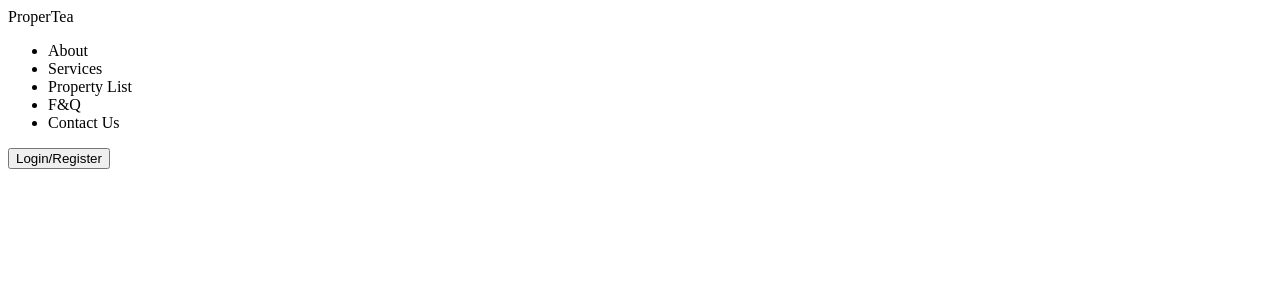
Repository: jijip41/Creating-website-1
Page: portfolio/index.html
An editor plug-in stored every save of this project. The page is shown before and after the next save, followed by the edit.
The browser window is 1280 px wide. The pictures show the whole page.

Above is the page before, as saved 2021-02-05 22:05:48.

### portfolio/index.html
<!DOCTYPE html>
<html lang="en">
  <head>
    <meta charset="UTF-8" />
    <meta name="viewport" content="width=device-width, initial-scale=1.0" />
    <title>Welcome to ProperTea</title>
  </head>
  <body>
    <header>
      <div>ProperTea</div>

      <nav>
        <ul>
          <li>About</li>
          <li>Services</li>
          <li>Property List</li>
          <li>F&Q</li>
          <li>Contact Us</li>
        </ul>
        <div>
          <button>Login/Register</button>
        </div>
      </nav>
    </header>

    <section></section>
  </body>
</html>

After the next save:
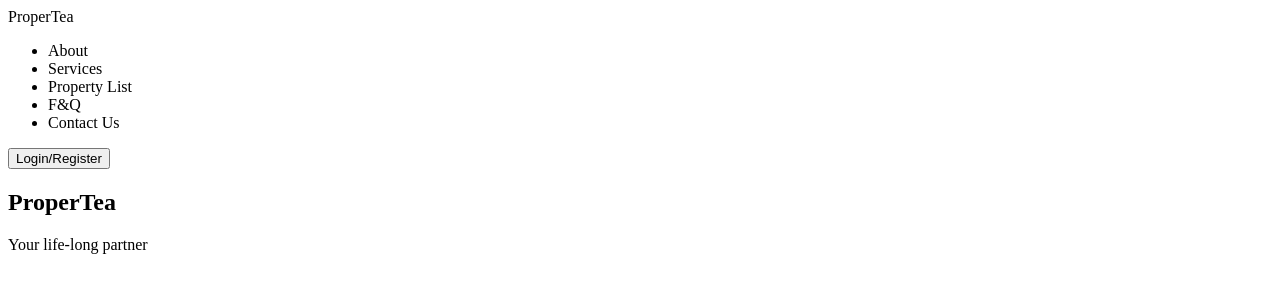
Saved 56 s later.
--- a/portfolio/index.html
+++ b/portfolio/index.html
@@ -23,6 +23,9 @@
       </nav>
     </header>
 
-    <section></section>
+    <section>
+      <h1>ProperTea</h1>
+      <p>Your life-long partner</p>
+    </section>
   </body>
 </html>
